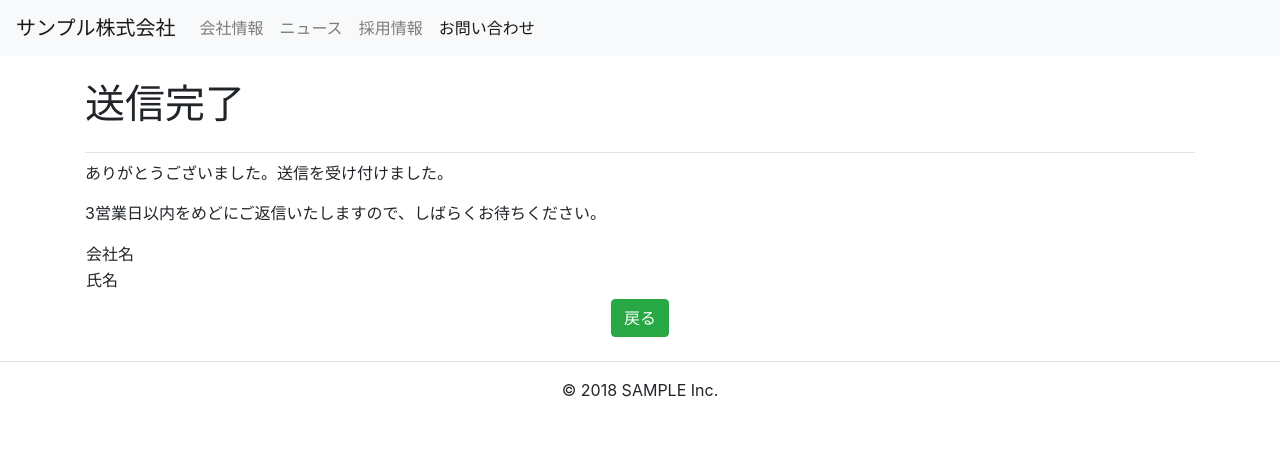
Repository: kazumasatomoto/kadai-tasklist-
Page: complete.html
The author's editor kept a record of every edit. The page is drawn from the files as they stood at one moment, then again after the next edit.
The browser window is 1280 px wide. The pictures show the whole page.
Some web libraries are served in a nearby version.

Above is the page before.

After the next edit:
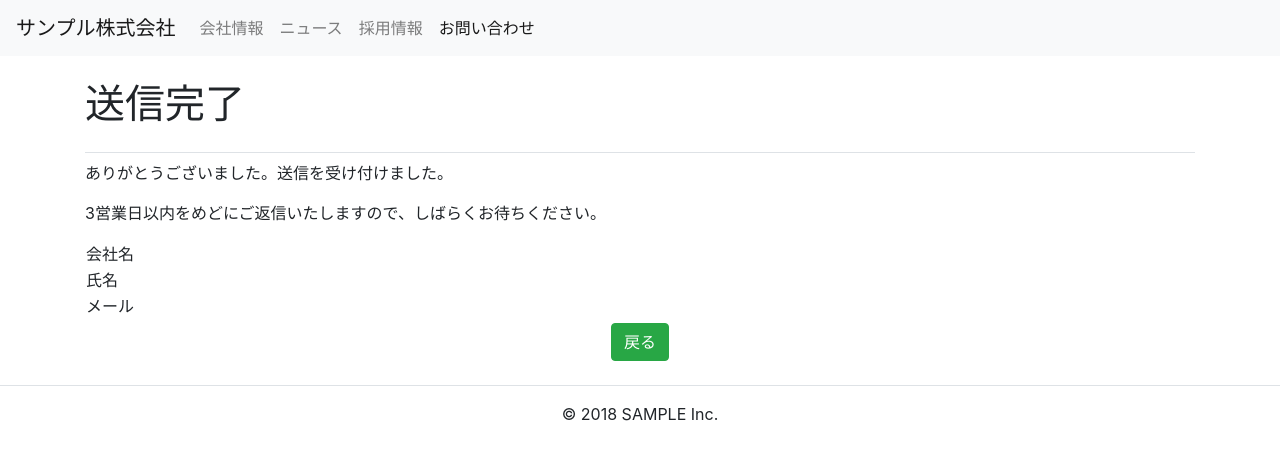
The edit:
--- a/complete.html
+++ b/complete.html
@@ -37,7 +37,7 @@
                     <td>氏名</td>
                 </tr>
                 <tr>
-                    <td></td>
+                    <td>メール</td>
                 </tr>
                 <tr>
                     <td></td>
